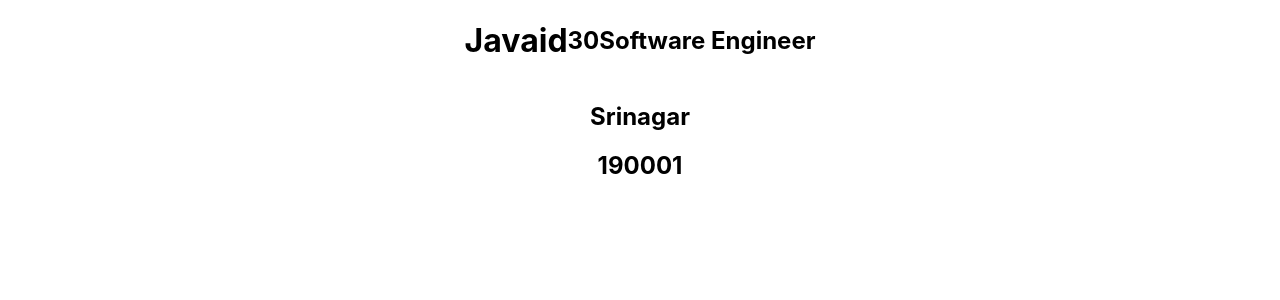
Repository: JavaidAhmadKhan/framer-motion-reacr
Page: /
These files come from the project's save history. The page is drawn as it stood at one moment and after a run of saves; the edit follows.
The browser window is 1280 px wide. The pictures show the whole page.
The project was rebuilt for these pictures with package versions that can differ from the ones it lists, and the page was loaded fresh each time.

Above is the page before, as saved 2022-05-19 17:20:01.

### src/App.js
import { Component } from "react";

import "./App.css";
class App extends Component {
  constructor() {
    console.log("constructor");
    super();
    console.log("super");
    this.state = {
      name: "Javaid",
      age: 30,
      profession: "Software Engineer",
      address: {
        city: "Srinagar",
        pincode: "190001",
      },
    };
  }

  render() {
    console.log("render");
    return (
      <div className="App">
        <div
          style={{
            display: "flex",
            alignItems: "center",
            justifyContent: "center",
          }}
        >
          <h1>{this.state.name}</h1>
          <h2>{this.state.age}</h2>
          <h2>{this.state.profession}</h2>
        </div>
        <h2>{this.state.address.city}</h2>
        <h2>{this.state.address.pincode}</h2>
      </div>
    );
  }
}

export default App;

Loaded but not shown: public/index.html (common file); src/index.js (common file); src/index.css (common file); src/reportWebVitals.js (common file); src/App.css (common file)

After the next 2 saves:
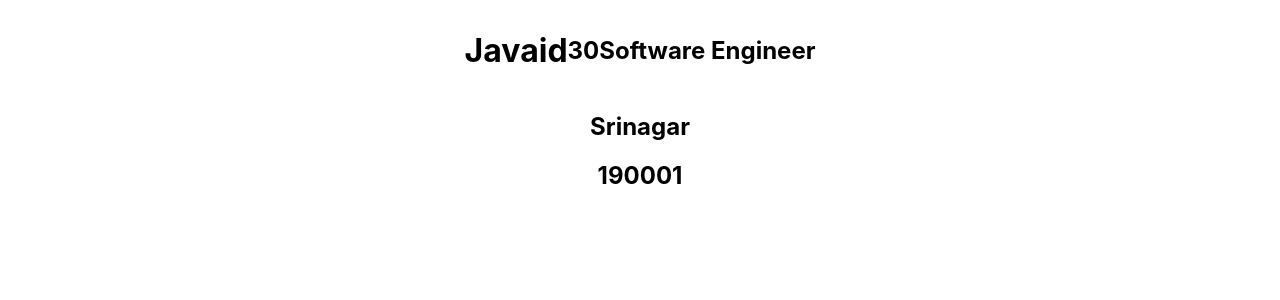
The 2 saves are shown as one change because they came seconds apart.
The last was saved 19 s later.
--- a/src/App.js
+++ b/src/App.js
@@ -26,6 +26,7 @@ class App extends Component {
             display: "flex",
             alignItems: "center",
             justifyContent: "center",
+            margin: "10px",
           }}
         >
           <h1>{this.state.name}</h1>
